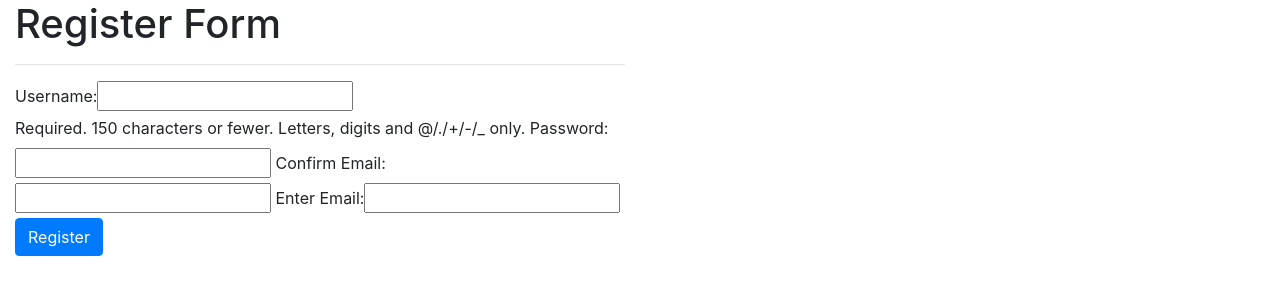
Repository: Sarthak123456/Django-Login
Page: http://localhost/register/
The author's editor kept a record of every edit. The page is drawn from the files as they stood at one moment, then again after the next edit.
The browser window is 1280 px wide. The pictures show the whole page.
Some web libraries are served in a nearby version. The page is served by the project's application, run on Django 2.2 (mysite/manage.py).

Above is the page before.

After the next edit:
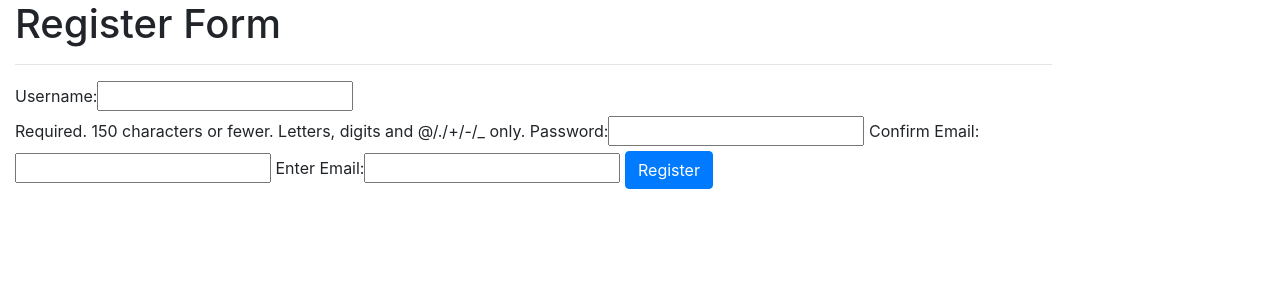
The edit:
--- a/mysite/accounts/templates/form.html
+++ b/mysite/accounts/templates/form.html
@@ -4,7 +4,7 @@
 
 
 {% block content %}
-<div class='col-md-6 col-sm-offset-3'>
+<div class='col-md-10 col-sm-offset-1'>
     <h1>{{ title }} Form</h1>
 
 <hr/>
